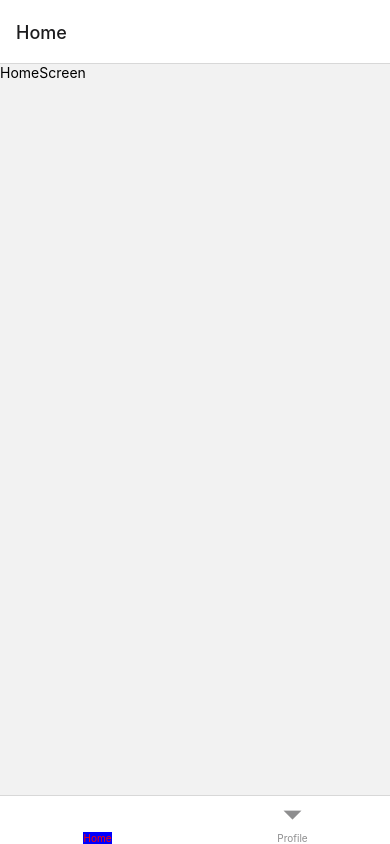
Repository: Deyvid-Kasteh/Spotify_Clone_1.0
Screen: /
The author's editor kept a copy of each file at every save. The screen is drawn from the files as they stood at one save, then again after the next save.
The app was drawn by React Native's web renderer in a window 390 px wide. The project was rebuilt for these pictures with package versions that can differ from the ones it lists, and the page was loaded fresh each time. Also part of the build but not shown: screens/ProfileScreen.js.

Above is the screen before, as saved 2023-07-28 18:53:47.

After the next save:
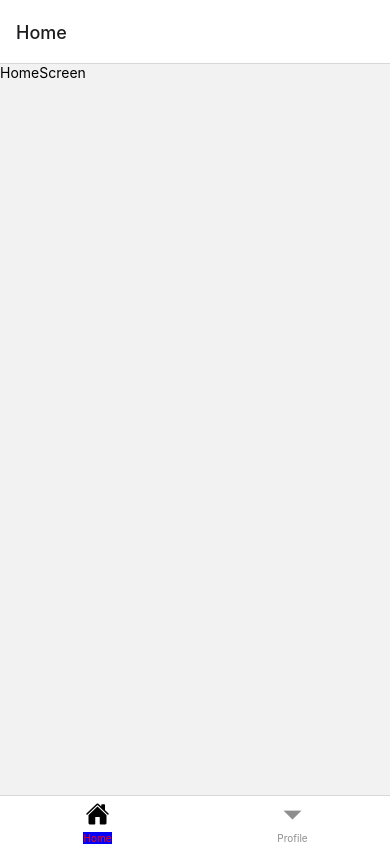
Saved 99 s later.
--- a/StackNavigator.js
+++ b/StackNavigator.js
@@ -13,9 +13,10 @@ export default function BottomTabs() {
         component={HomeScreen}
         options={{
           tabBarLabel: "Home",
-            headerShown: true,
-            tabBarLabelStyle: { color: "red", backgroundColor: "blue" },
-          tabBarIcon: ({focused})=> focused ? (null) : (null)
+          headerShown: true,
+          tabBarLabelStyle: { color: "red", backgroundColor: "blue" },
+          tabBarIcon: ({ focused }) =>
+            focused ? <Ionicons name="home" size={24} color="black" /> : null,
         }}
       />
       <Tab.Screen
@@ -23,8 +24,7 @@ export default function BottomTabs() {
         component={ProfileScreen}
         options={{
           tabBarLabel: "Profile",
-            headerShown: true,
-
+          headerShown: true,
         }}
       />
     </Tab.Navigator>
